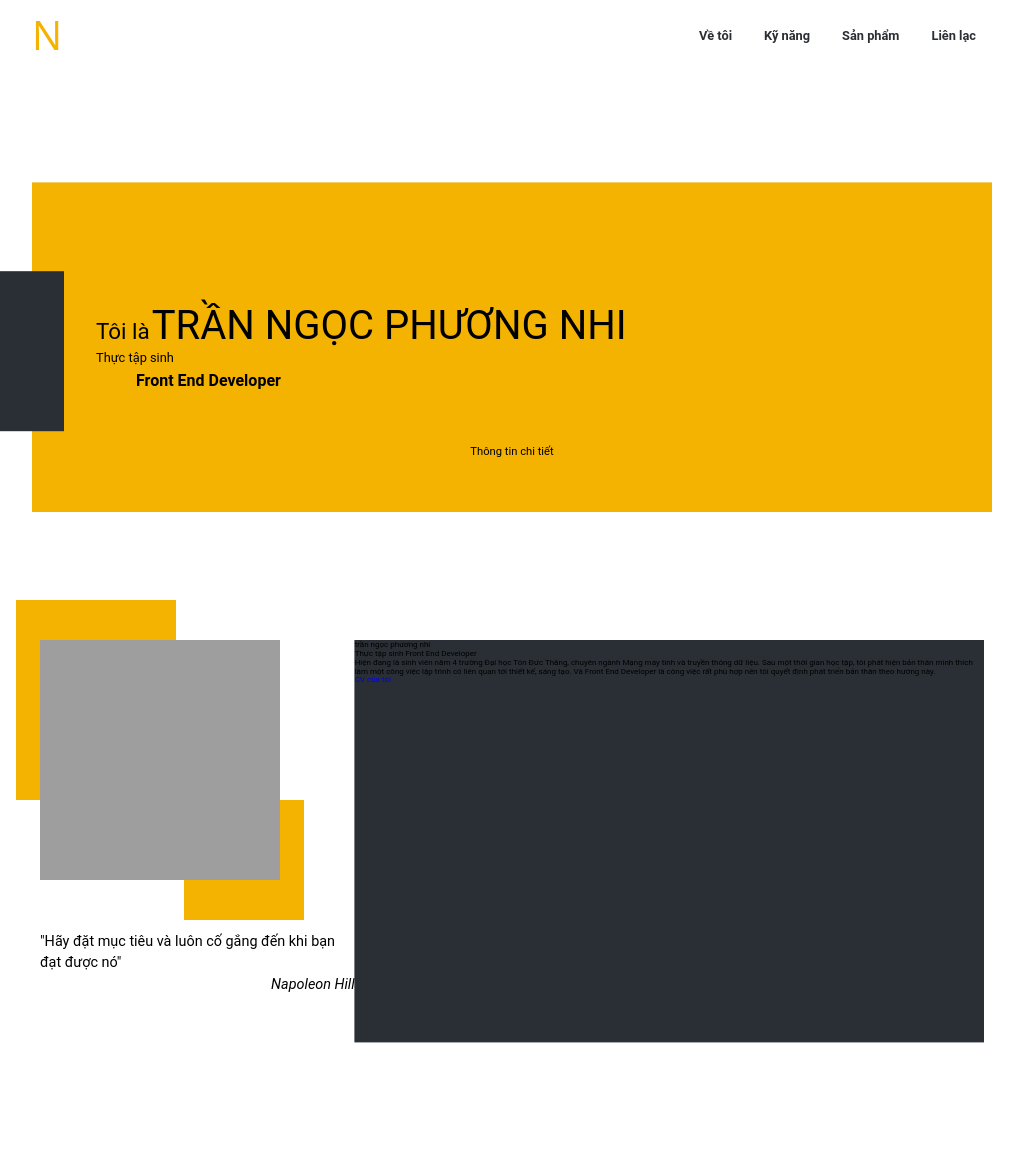
Repository: TranNgocPhuongNhi/my-portfolio
Page: index.html
The author's editor kept a copy of each file at every save. The page is drawn from the files as they stood at one save, then again after the next save.
The browser window is 1280 px wide. The pictures show the whole page, at 80% of full size.
Pictures or frames that could not be fetched are drawn as grey boxes. Some icons come from a web library that is not loaded, so they are not drawn. Some web libraries are served in a nearby version.

Above is the page before, as saved 2021-07-04 16:23:00.

After the next save:
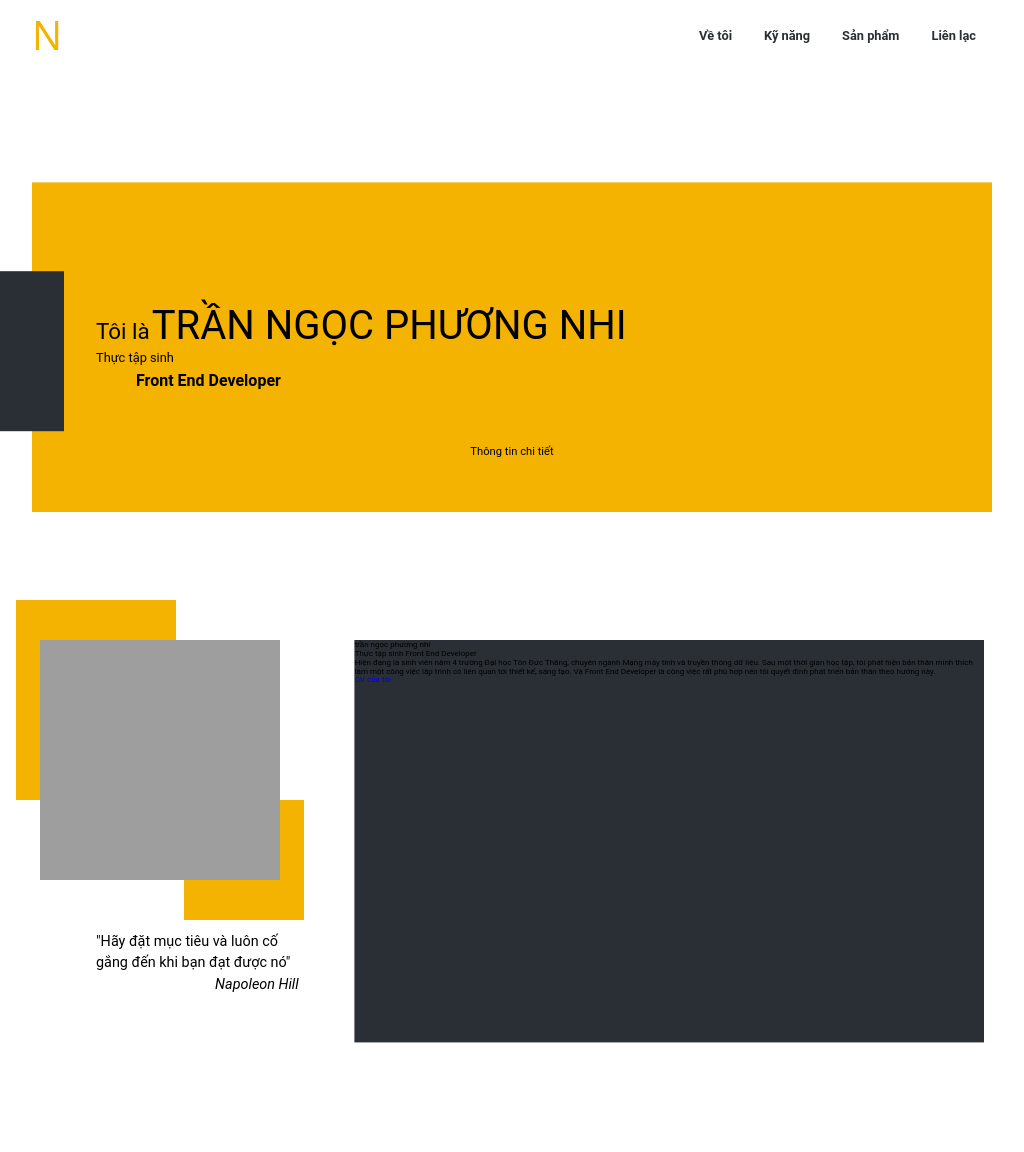
Saved 7 s later.
--- a/resources/css/main.css
+++ b/resources/css/main.css
@@ -199,7 +199,7 @@ a {
 
 .about__quote {
     font-size: 1.8rem;
-    margin: 6rem auto;
+    margin: 6rem 7rem;
     line-height: 1.5;
 }
 
